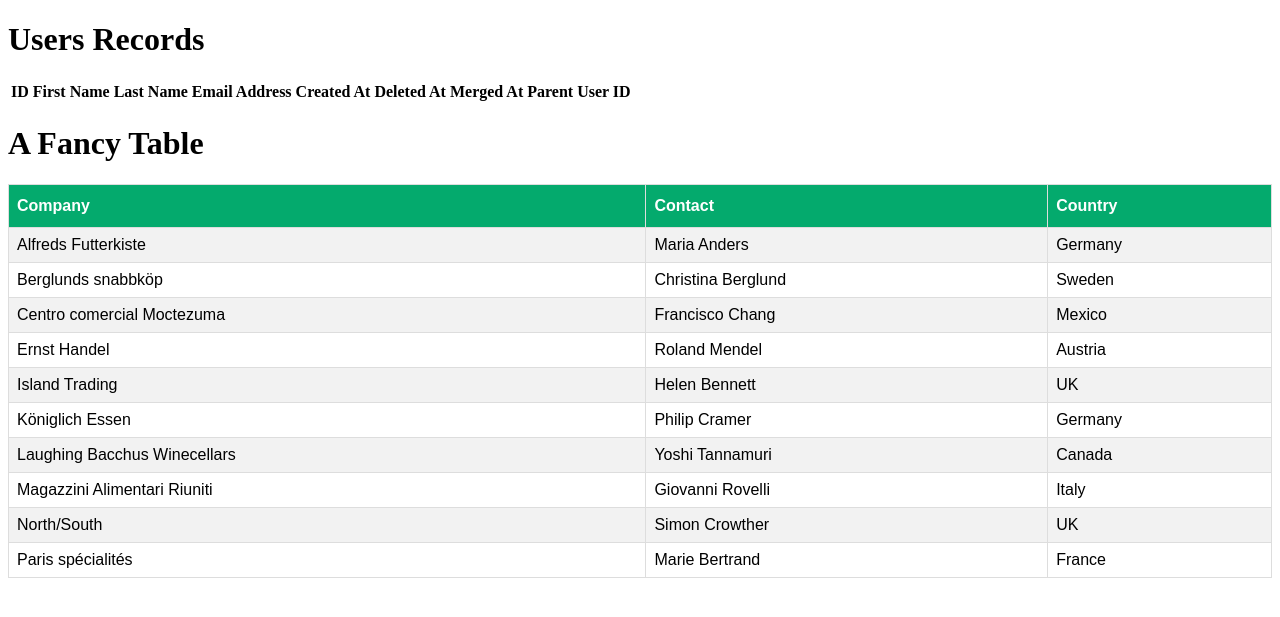
Repository: alihsn2010/Viswals-Assignment
Page: http://localhost/records
An editor plug-in stored every save of this project. The page is shown before and after the next save, followed by the edit.
The browser window is 1280 px wide. The pictures show the whole page.
The page is this project's Thymeleaf template; nobody is signed in. The template is opened directly, without the code that normally fills it, so the values that code supplies are empty.

Above is the page before, as saved 2023-06-19 17:07:08.

### ProjectUploadCSV/service/src/main/resources/templates/records.html
<!DOCTYPE html>
<html>

<head>
	<style>
#customers {
  font-family: Arial, Helvetica, sans-serif;
  border-collapse: collapse;
  width: 100%;
}

#customers td, #customers th {
  border: 1px solid #ddd;
  padding: 8px;
}

#customers tr:nth-child(even){background-color: #f2f2f2;}

#customers tr:hover {background-color: #ddd;}

#customers th {
  padding-top: 12px;
  padding-bottom: 12px;
  text-align: left;
  background-color: #04AA6D;
  color: white;
}
</style>
	<title>Users Records</title>
</head>

<body>
	<h1>Users Records</h1>
	<table>
		<thead>
			<tr>
				<th>ID</th>
				<th>First Name</th>
				<th>Last Name</th>
				<th>Email Address</th>
				<th>Created At</th>
				<th>Deleted At</th>
				<th>Merged At</th>
				<th>Parent User ID</th>
			</tr>
		</thead>
		<tbody>
			<tr th:each="user : ${records}">
				<td th:text="${user.id}"></td>
				<td th:text="${user.firstName}"></td>
				<td th:text="${user.lastName}"></td>
				<td th:text="${user.emailAddress}"></td>
				<td th:text="${user.createdAt}"></td>
				<td th:text="${user.deletedAt}"></td>
				<td th:text="${user.mergedAt}"></td>
				<td th:text="${user.parentUserId}"></td>
			</tr>
		</tbody>
	</table>
</body>

</html>


<!DOCTYPE html>
<html>
<head>

</head>
<body>

<h1>A Fancy Table</h1>

<table id="customers">
  <tr>
    <th>Company</th>
    <th>Contact</th>
    <th>Country</th>
  </tr>
  <tr>
    <td>Alfreds Futterkiste</td>
    <td>Maria Anders</td>
    <td>Germany</td>
  </tr>
  <tr>
    <td>Berglunds snabbköp</td>
    <td>Christina Berglund</td>
    <td>Sweden</td>
  </tr>
  <tr>
    <td>Centro comercial Moctezuma</td>
    <td>Francisco Chang</td>
    <td>Mexico</td>
  </tr>
  <tr>
    <td>Ernst Handel</td>
    <td>Roland Mendel</td>
    <td>Austria</td>
  </tr>
  <tr>
    <td>Island Trading</td>
    <td>Helen Bennett</td>
    <td>UK</td>
  </tr>
  <tr>
    <td>Königlich Essen</td>
    <td>Philip Cramer</td>
    <td>Germany</td>
  </tr>
  <tr>
    <td>Laughing Bacchus Winecellars</td>
    <td>Yoshi Tannamuri</td>
    <td>Canada</td>
  </tr>
  <tr>
    <td>Magazzini Alimentari Riuniti</td>
    <td>Giovanni Rovelli</td>
    <td>Italy</td>
  </tr>
  <tr>
    <td>North/South</td>
    <td>Simon Crowther</td>
    <td>UK</td>
  </tr>
  <tr>
    <td>Paris spécialités</td>
    <td>Marie Bertrand</td>
    <td>France</td>
  </tr>
</table>

</body>
</html>

After the next save:
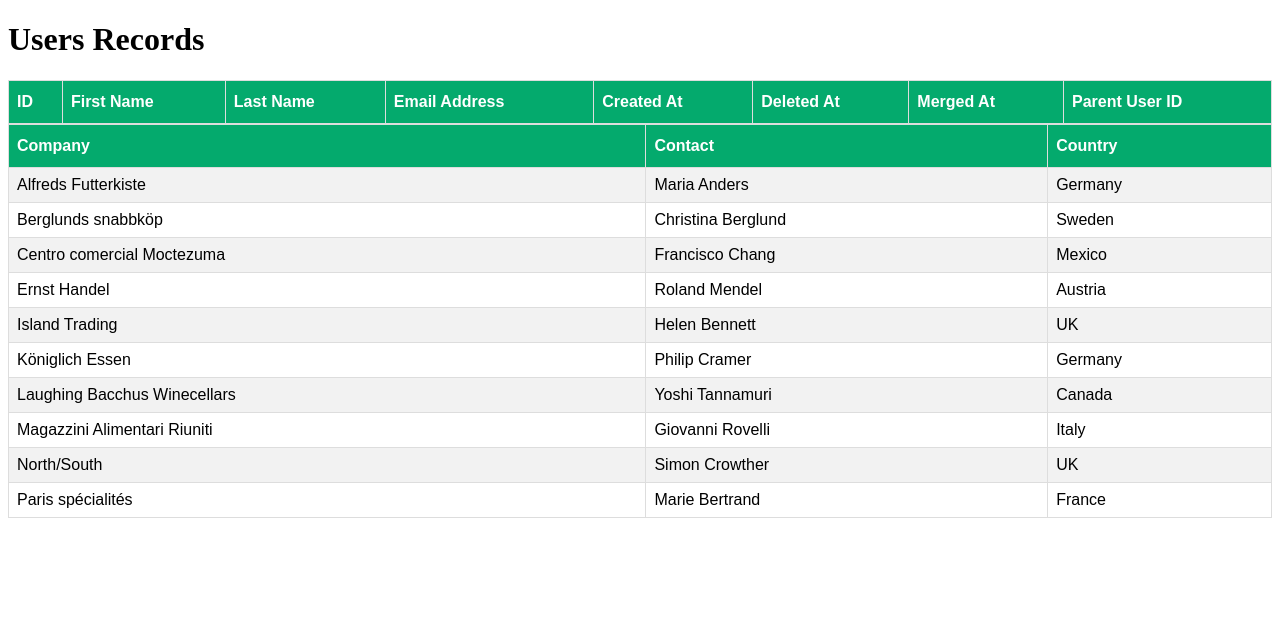
Saved 33 s later.
--- a/ProjectUploadCSV/service/src/main/resources/templates/records.html
+++ b/ProjectUploadCSV/service/src/main/resources/templates/records.html
@@ -31,7 +31,7 @@
 
 <body>
 	<h1>Users Records</h1>
-	<table>
+	<table id="customers">
 		<thead>
 			<tr>
 				<th>ID</th>
@@ -62,14 +62,7 @@
 </html>
 
 
-<!DOCTYPE html>
-<html>
-<head>
 
-</head>
-<body>
-
-<h1>A Fancy Table</h1>
 
 <table id="customers">
   <tr>
